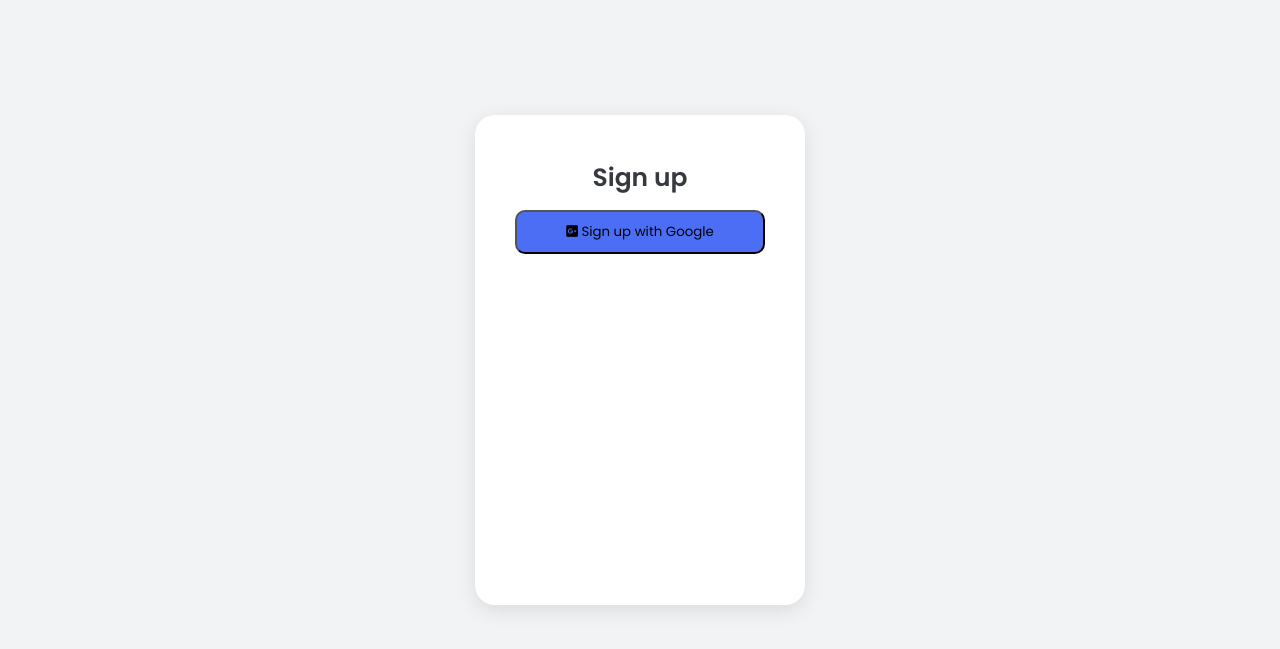
Repository: TranMinhMan040702/practice_html-css
Page: form-login/index.html
These files come from the project's save history. The page is drawn as it stood at one moment and after the next save; the edit follows.
The browser window is 1280 px wide. The pictures show the whole page.
Some web libraries are served in a nearby version.

Above is the page before, as saved 2022-08-24 12:52:03.

### form-login/index.html
<!DOCTYPE html>
<html lang="en">
<head>
    <meta charset="UTF-8">
    <meta http-equiv="X-UA-Compatible" content="IE=edge">
    <meta name="viewport" content="width=device-width, initial-scale=1.0">
    <link href="https://fonts.googleapis.com/css2?family=Poppins:wght@300;400;600&display=swap" rel="stylesheet">
    <link rel="stylesheet" href="https://cdnjs.cloudflare.com/ajax/libs/font-awesome/6.1.2/css/all.min.css" integrity="sha512-1sCRPdkRXhBV2PBLUdRb4tMg1w2YPf37qatUFeS7zlBy7jJI8Lf4VHwWfZZfpXtYSLy85pkm9GaYVYMfw5BC1A==" crossorigin="anonymous" referrerpolicy="no-referrer" />
    <title>Sign up</title>
    <link rel="stylesheet" href="reset.css">
    <link rel="stylesheet" href="main.css">
</head>
<body>
    <div class="singup">
        <div class="signup-heading">
            <h1>Sign up</h1>
        </div>
        <button class="signup-button">
            <i class="fa-brands fa-square-google-plus signup-icon"></i>
            <span class="signup-text">
                Sign up with Google
            </span>
        </button>
    </div>
</body>
</html>

### form-login/reset.css
html,
body,
div,
span,
applet,
object,
iframe,
h1,
h2,
h3,
h4,
h5,
h6,
p,
blockquote,
pre,
a,
abbr,
acronym,
address,
big,
cite,
code,
del,
dfn,
em,
img,
ins,
kbd,
q,
s,
samp,
small,
strike,
strong,
sub,
sup,
tt,
var,
b,
u,
i,
center,
dl,
dt,
dd,
ol,
ul,
li,
fieldset,
form,
label,
legend,
table,
caption,
tbody,
tfoot,
thead,
tr,
th,
td,
article,
aside,
canvas,
details,
embed,
figure,
figcaption,
footer,
header,
hgroup,
menu,
nav,
output,
ruby,
section,
summary,
time,
mark,
audio,
video {
  margin: 0;
  padding: 0;
  border: 0;
  font-size: 100%;
  font: inherit;
  vertical-align: baseline;
}
/* HTML5 display-role reset for older browsers */
article,
aside,
details,
figcaption,
figure,
footer,
header,
hgroup,
menu,
nav,
section {
  display: block;
}
body {
  line-height: 1;
}
ol,
ul {
  list-style: none;
}
blockquote,
q {
  quotes: none;
}
blockquote:before,
blockquote:after,
q:before,
q:after {
  content: "";
  content: none;
}
table {
  border-collapse: collapse;
  border-spacing: 0;
}

### form-login/main.css
html {
    font-size: 62.5%;
    font-family: "Poppins", sans-serif;
}

* {
    box-sizing: border-box;
}

body {
    width: 100%;
    height: 100vh;
    background-color: #f2f3f5;
    display: flex;
    justify-content: center;
    align-items: center;
}

.singup {
    max-width: 330px;
    width: 100%;
    height: 490px;
    background-color: #fff;
    padding: 50px 40px;
    border-radius: 20px;
    box-shadow: 0px 5px 20px rgba(0, 0, 0, 0.1);
}

.signup-heading {
    font-size: 2.5rem;
    font-weight: 600;
    color: #363a3f;
    text-align: center;
    margin-bottom: 20px;
}

.signup-button {
    font-family: "Poppins", sans-serif;
    width: 100%;
    height: 44px;
    border-radius: 10px;
    background-color: #4c6ef4;
    display: inline-block;
    outline: none;
}

.signup-icon {

}

.signup-text {

}

After the next save:
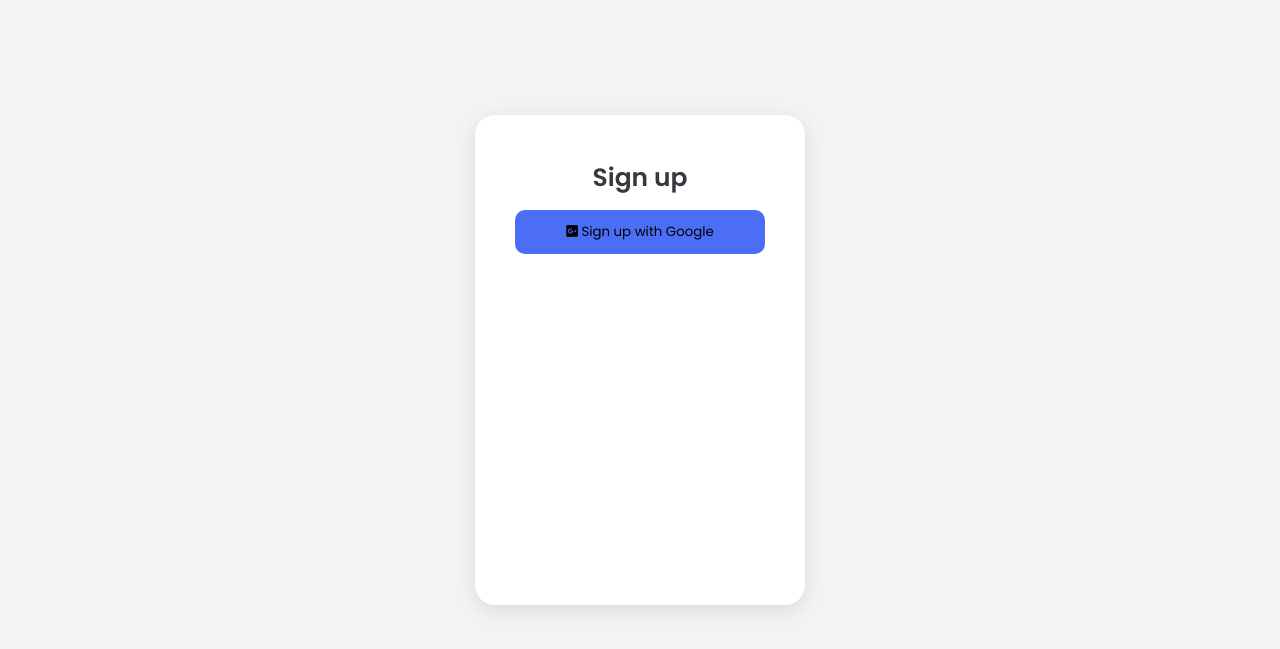
Saved 58 s later.
--- a/form-login/main.css
+++ b/form-login/main.css
@@ -41,7 +41,7 @@ body {
     border-radius: 10px;
     background-color: #4c6ef4;
     display: inline-block;
-    outline: none;
+    border: none;
 }
 
 .signup-icon {
